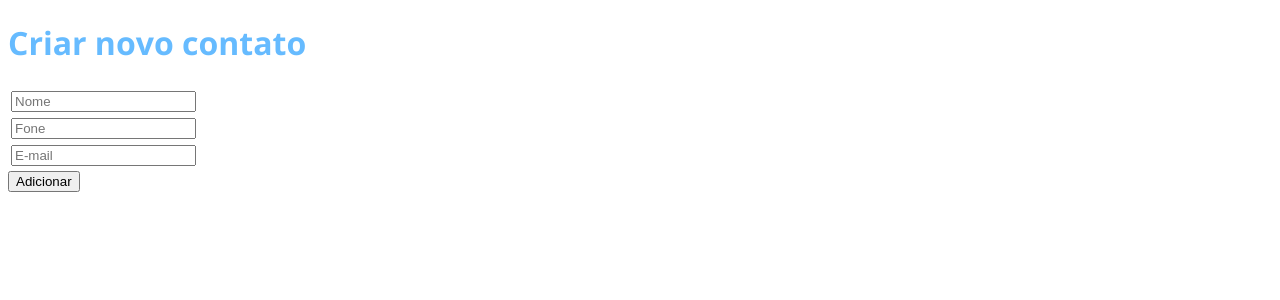
Repository: evanalves/Agenda-JDBC
Page: agenda/src/main/webapp/novo.html
An editor plug-in stored every save of this project. The page is shown before and after the next save, followed by the edit.
The browser window is 1280 px wide. The pictures show the whole page.

Above is the page before, as saved 2023-08-20 12:49:58.

### agenda/src/main/webapp/novo.html
<!DOCTYPE html>
<html lang="pt-BR">
<head>
<meta charset="UTF-8">
<title>Agenda de Contatos</title>
<link rel="icon" href="imagens/favicon.png">
<link rel="styleSheet" href="style.css">
</head>
<body>
	<h1>Criar novo contato</h1>
	<form name="frmContato" action="">
		<table>
			<tr>
				<td><input type="text" name="nome" placeholder="Nome" class="caixa1"></td>
			</tr>
			<tr>
				<td><input type="text" name="fone" placeholder="Fone"></td>
			</tr>
			<tr>
				<td><input type="text" name="email" placeholder="E-mail" class="caixa1"></td>
			</tr>
		</table>
		<input type="button" value="Adicionar" >
	</form>

</body>
</html>

### agenda/src/main/webapp/style.css
@charset "UTF-8";
@import url('https://fonts.googleapis.com/css2?family=Open+Sans:wght@400;700&display=swap');

body{
	font-family: 'Open Sans', sans-serif;
	font-size: 1em;
	font-weight: 400;

}

h1{
	color: #66bbff;
}


.botao1{
	text-decoration: none;
	background-color: #66bbff;
	padding: 5px 10px 5px 10px;
	color: #fff;
	font-size: 1.2em;
	font-weight: 700;
	border-radius: 5px;
	border: 0;
	cursor: pointer;
}

After the next save:
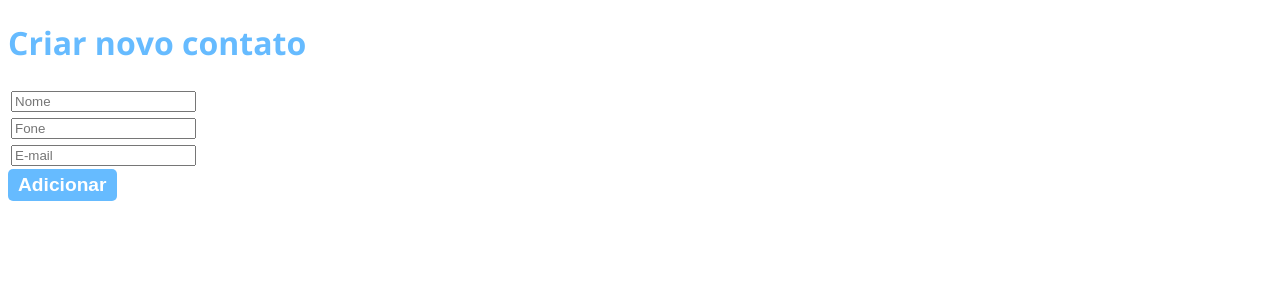
Saved 62 s later.
--- a/agenda/src/main/webapp/novo.html
+++ b/agenda/src/main/webapp/novo.html
@@ -20,7 +20,7 @@
 				<td><input type="text" name="email" placeholder="E-mail" class="caixa1"></td>
 			</tr>
 		</table>
-		<input type="button" value="Adicionar" >
+		<input type="button" value="Adicionar" class="botao1">
 	</form>
 
 </body>
